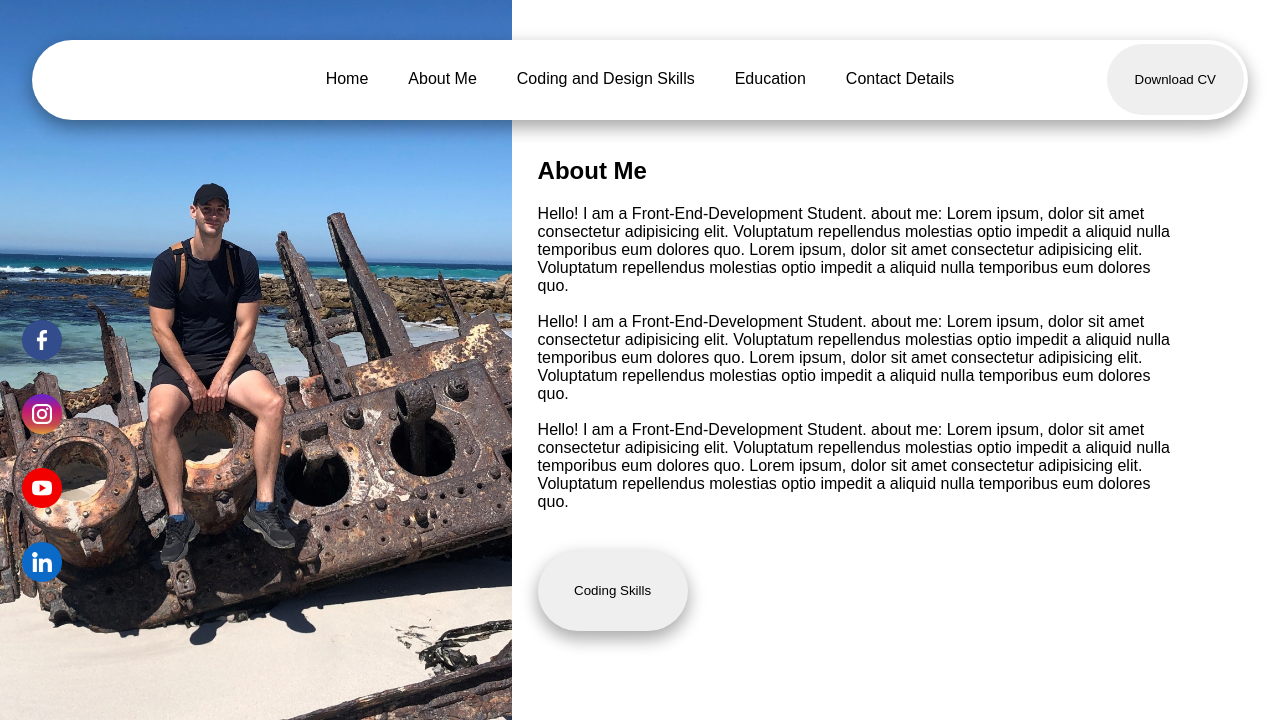
Repository: WesleyErasmus/MyDigitalResume-4
Page: about.html
These files come from the project's save history. The page is drawn as it stood at one moment and after the next save; the edit follows.
The browser window is 1280 px wide. The pictures show the whole page.

Above is the page before, as saved 2022-02-20 19:07:09.

### about.html
<!DOCTYPE html>
<html lang="en">
<head>
    <meta charset="UTF-8">
    <meta http-equiv="X-UA-Compatible" content="IE=edge">
    <meta name="viewport" content="width=device-width, initial-scale=1.0">
    <title>Wesley Erasmus Digital Resume 4 Project</title>
    <link rel="stylesheet" href="about.css">
</head>
<body>
    <body>
        <header class="nav-menu-top">
            <ul class="top-nav-menu-buttons">
                <li><a href="/index.html" target="">Home</a></li>
                <li><a href="/about.html" target="">About Me</a></li>
                <li><a href="/codingSkills.html" target="">Coding and Design Skills</a></li>
                <li><a href="/education.html" target="">Education</a></li>
                <li><a href="/contact.html" target="">Contact Details</a></li>
            </ul>
            <button id="download-cv">Download CV</button>
        </header>
        <aside class="self-portrait">
        </aside>
        <nav class="social-media-links">
            <ul class="social-media-links">
                <li><a href="https://www.facebook.com/codespaceza"><img src="/icons/facebook.png" alt="Facebook" width="40px" height="40px"></a></li>
                <li><a href="https://www.instagram.com/codespaceza/"><img src="icons/instagram.png" alt="Instagram" width="40px" height="40px"></a></li>
                <li><a href="https://www.youtube.com/channel/UCfmXJliguiwBv2QlRzWdrxA"><img src="icons/youtube.png" alt="YouTube" width="40px" height="40px"></a></li>
                <li><a href="https://www.linkedin.com/school/codespaceza/"><img src="icons/linkedin.png" alt="LinkedIn" width="40px" height="40px"></a></li>
            </ul>
            <!-- Here's a link  where you can find free icons : https://www.flaticon.com/premium-icon/twitter_4494477?related_id=4494465&origin=search -->
        </nav>
         <article>
             <h1 ID="title">About Me</h1>
            <div class="about-me">
                <p>Hello! I am a Front-End-Development Student. about me: Lorem ipsum, dolor sit amet consectetur adipisicing elit. Voluptatum repellendus molestias optio impedit a aliquid nulla temporibus eum dolores quo. Lorem ipsum, dolor sit amet consectetur adipisicing elit. Voluptatum repellendus molestias optio impedit a aliquid nulla temporibus eum dolores quo.</p>
                <br>
                <p>Hello! I am a Front-End-Development Student. about me: Lorem ipsum, dolor sit amet consectetur adipisicing elit. Voluptatum repellendus molestias optio impedit a aliquid nulla temporibus eum dolores quo. Lorem ipsum, dolor sit amet consectetur adipisicing elit. Voluptatum repellendus molestias optio impedit a aliquid nulla temporibus eum dolores quo.</p>
                <br>
                <p>Hello! I am a Front-End-Development Student. about me: Lorem ipsum, dolor sit amet consectetur adipisicing elit. Voluptatum repellendus molestias optio impedit a aliquid nulla temporibus eum dolores quo. Lorem ipsum, dolor sit amet consectetur adipisicing elit. Voluptatum repellendus molestias optio impedit a aliquid nulla temporibus eum dolores quo.</p>
            </div>
            <button class="next-page">
                <a href="/codingSkills.html" target="">Coding Skills</a>
            </button>
        </article>
    </body>
</body>
</html>

### about.css
* {
    font-family: Arial, Helvetica, sans-serif;
    margin: 0;
    padding: 0;
}
body {
    overflow:hidden;
}
header.nav-menu-top {
    position: relative;
    /* Positions explained in below link: https://developer.mozilla.org/en-US/docs/Web/CSS/position */
    text-align: center;
    margin: 0 auto;
    /* Margin: 0 auto can be used to center an object horizontally  */
    width: 95%;
    height: 80px;
    border-radius: 50px;
    margin-top: 40px;
    background-color: #fff;
    box-shadow: 0 8px 16px 0 rgba(0, 0, 0, 0.2), 0 6px 20px 0 rgba(0, 0, 0, 0.19);
}
ul.top-nav-menu-buttons{
    display: flex;
    justify-content: center;
    /* Positions explained in below link: https://css-tricks.com/snippets/css/a-guide-to-flexbox/ */
    padding: 30px;
}
.top-nav-menu-buttons li {
    margin: 0 20px 0 20px;
    list-style-type: none;
    text-align: center;
}
button#download-cv {
    position: relative;
    float: right;
    top: -74px;
    right: 4px;
    padding: 28px;
    border-radius: 50px;
    border: NONE;
}
aside.self-portrait {
    z-index: -1;
    /* z-index explained in below link:
     https://developer.mozilla.org/en-US/docs/Web/CSS/z-index */
    background-color: black;
    position: absolute;
    top: 0;
    left: 0;
    height: 100%;
    width: 40%;
    background-image: url(/backgroundImage/IMG_0967.jpg);
    background-repeat: no-repeat;
    background-size: cover;
}
nav.social-media-links {
    position: relative;
    height: 390px;
    width: 50px;
    float: left;
    top: 150px;
    left: 17px;
    border-radius: 0 15px 15px 0;
}
ul.social-media-links{
    padding: 50px 5px 5px 5px;
    text-align: center;
    display: flex;
    flex-direction: column;

}
.social-media-links li{
    margin-bottom: 30px;
    list-style-type: none;
}

article {
    width: 50%;
    left: 41%;
    position: absolute;
    height: 500px;
    top: 20vh;
    padding: 1%;
}
h1#title {
    margin-bottom: 20px;
}
button.next-page {
    margin-top: 40px;
    width: 150px ;
    height: 80px ;
    border-radius: 50px;
    border: none;
    box-shadow: 0 8px 16px 0 rgba(0, 0, 0, 0.2), 0 6px 20px 0 rgba(0, 0, 0, 0.19);
}
a:link {
    color: black;
    text-decoration: none;
}
a:visited {
    color: black;
}
a:hover {
    color: gray;
}

After the next save:
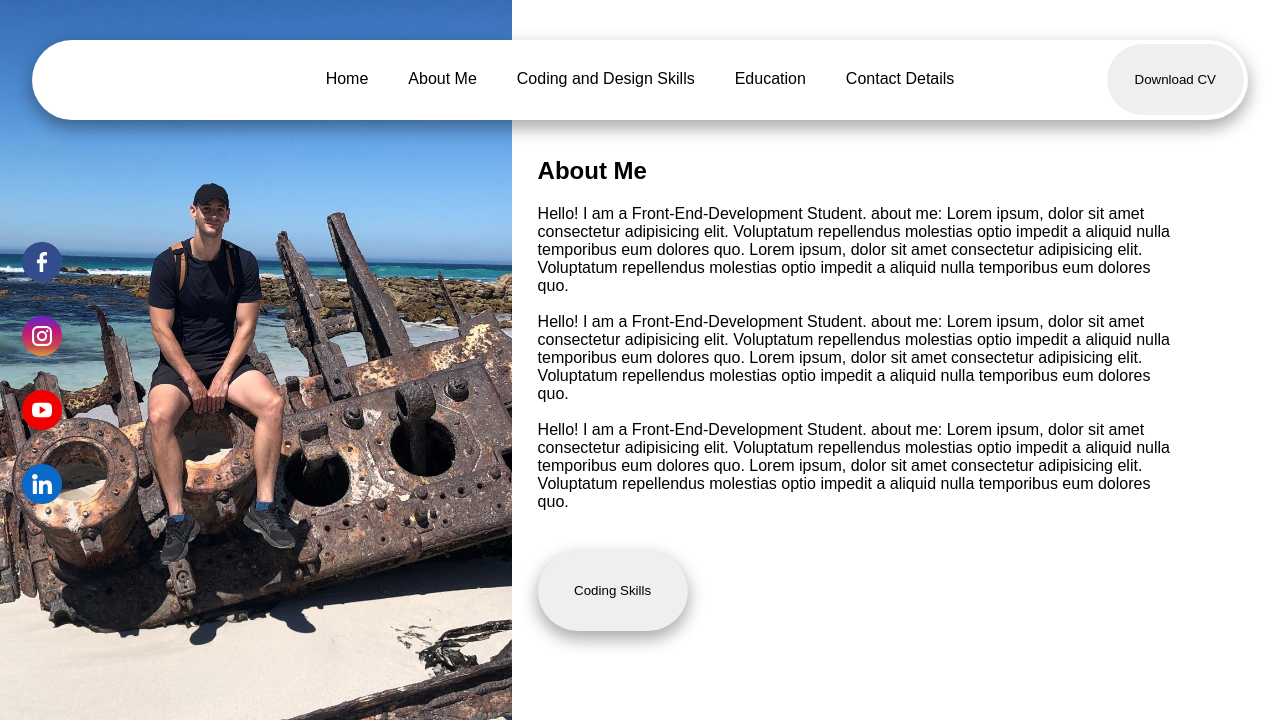
Saved 105 s later.
--- a/about.css
+++ b/about.css
@@ -58,7 +58,7 @@ nav.social-media-links {
     height: 390px;
     width: 50px;
     float: left;
-    top: 150px;
+    top: 10vh;
     left: 17px;
     border-radius: 0 15px 15px 0;
 }
